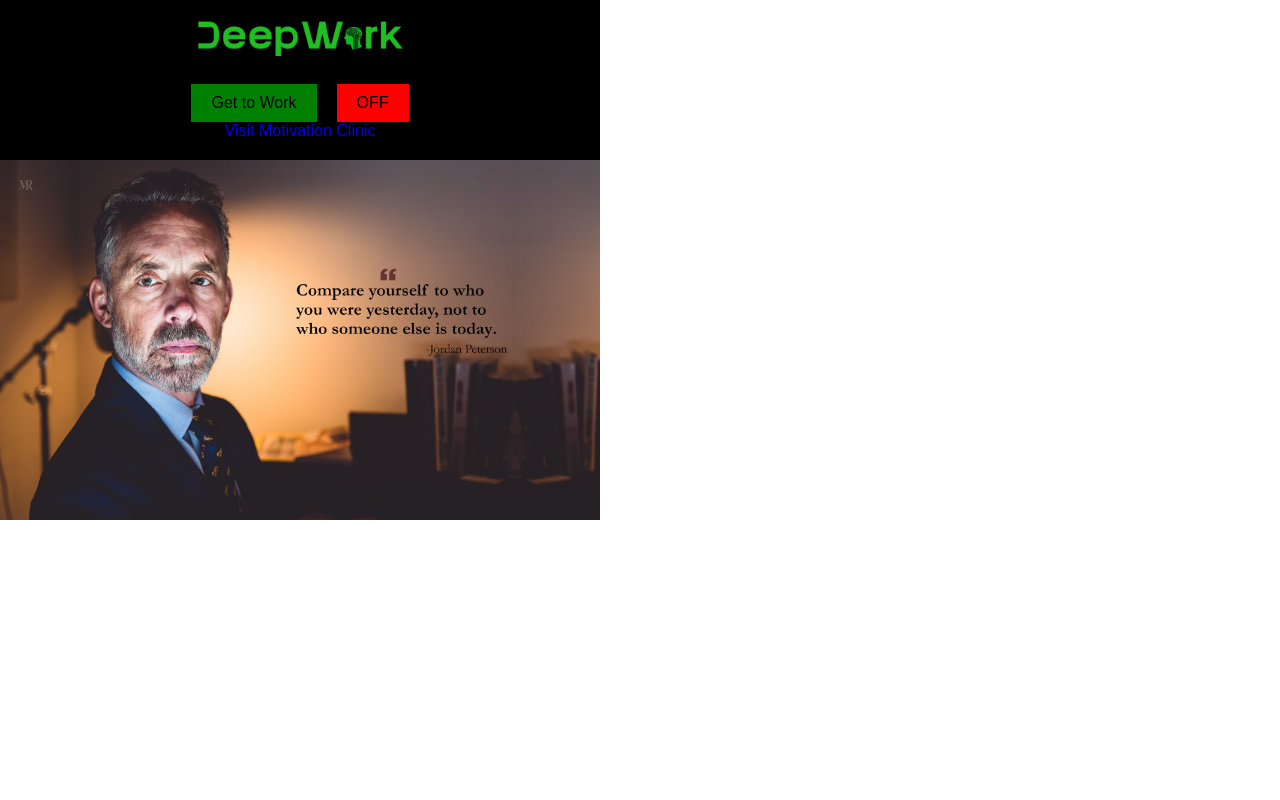
Repository: fechinmitchell/MFM
Page: blocked.html
The author's editor kept a copy of each file at every save. The page is drawn from the files as they stood at one save, then again after the next save.
The browser window is 1280 px wide. The pictures show the whole page.

Above is the page before, as saved 2023-07-12 20:15:23.

After the next save:
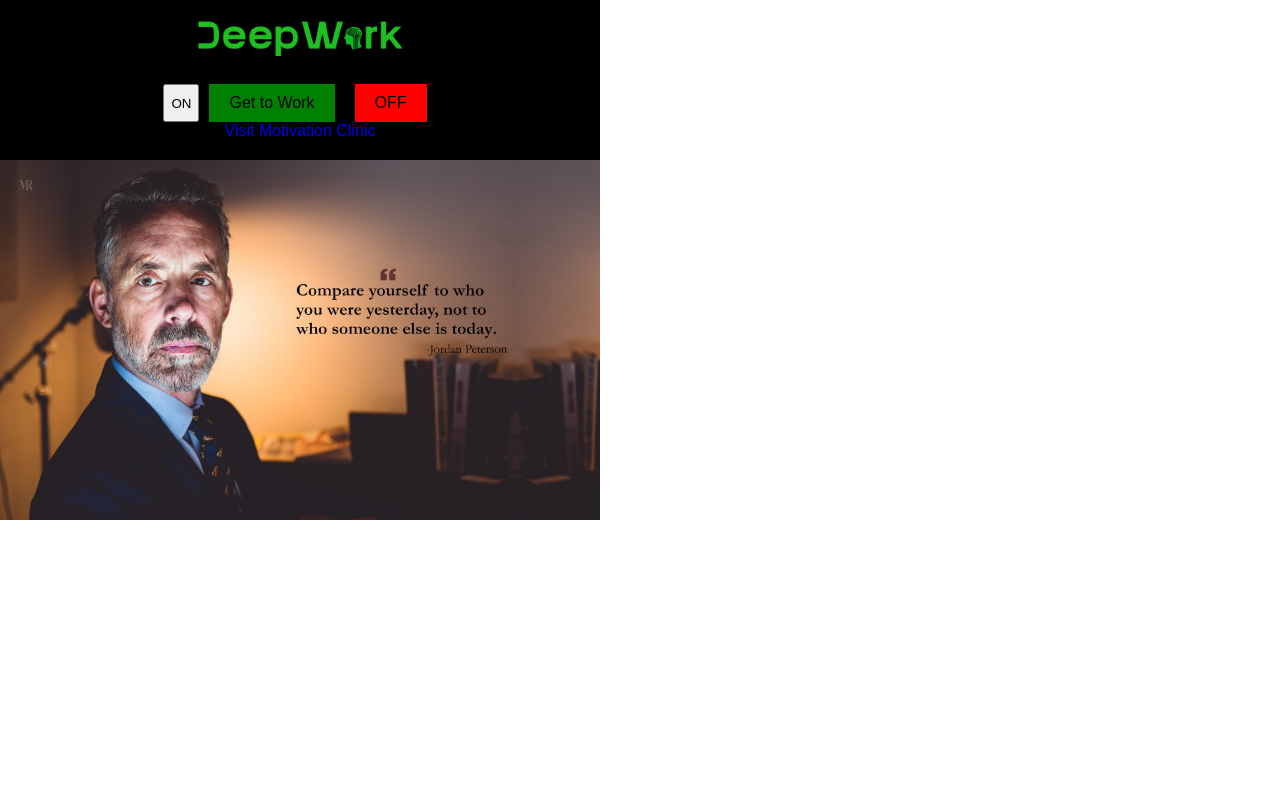
Saved 3 min 14 s later.
--- a/blocked.html
+++ b/blocked.html
@@ -51,8 +51,9 @@
   </div>
   <div class="control-panel">
     <div class="buttons">
-      <button class="on-button">Get to Work</button>
-      <button class="off-button">OFF</button>
+        <button id="toggleButton" class="toggle-button">ON</button>
+        <button class="on-button">Get to Work</button>
+        <button class="off-button">OFF</button>
     </div>
     <a class="link" href="https://motivationclinic.com" target="_blank">Visit Motivation Clinic</a>
   </div>
